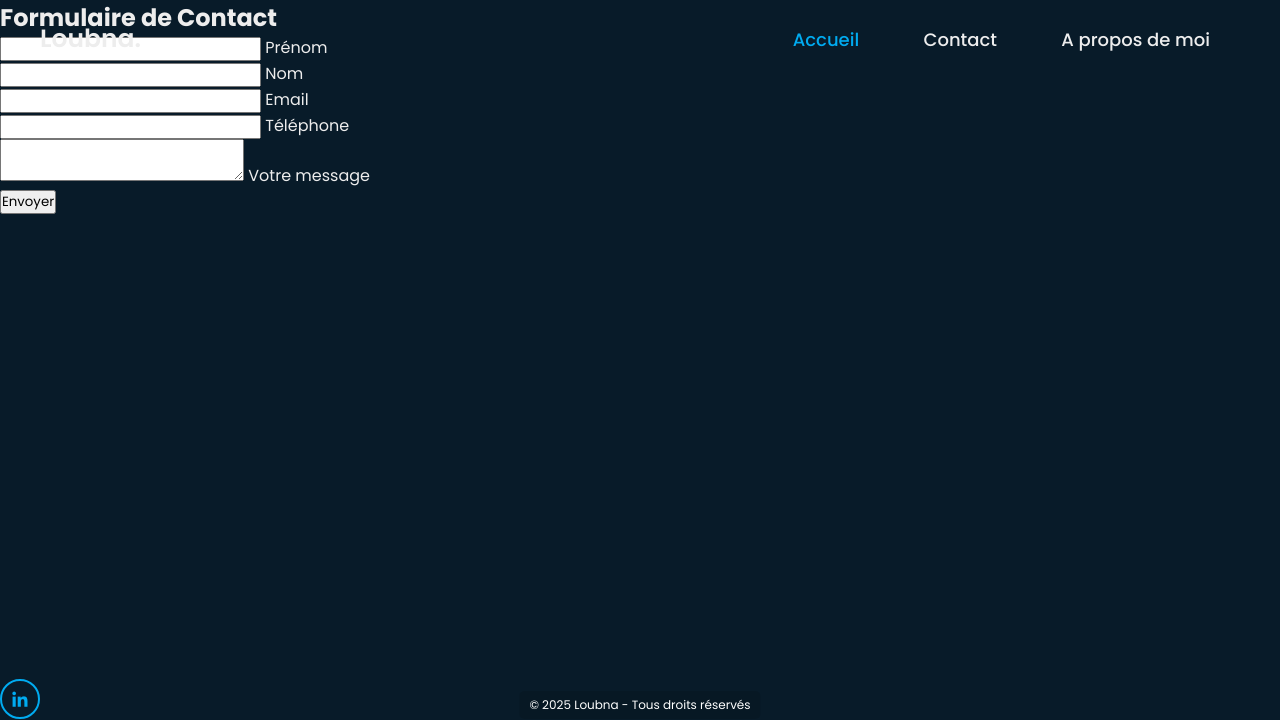
Repository: Loubna77290/Portfolio-de-Loubna
Page: contact.html
The author's editor kept a copy of each file at every save. The page is drawn from the files as they stood at one save, then again after the next save.
The browser window is 1280 px wide. The pictures show the whole page.

Above is the page before, as saved 2025-03-10 23:22:16.

### contact.html
<!DOCTYPE html>
<html lang="en">
<head>
    <meta charset="UTF-8">
    <meta name="viewport" content="width=device-width, initial-scale=1.0">
    <title>Fiche contact</title>
    <link rel="stylesheet" href="style.css">
    <link href='https://unpkg.com/boxicons@2.1.4/css/boxicons.min.css'rel='stylesheet'>
</head>
<body>

  <header class="header">
        <a href="#" class="logo">Loubna.</a>
         <nav class="navbar">
            <a href="/index.html"class="active">Accueil</a>
            <a href="/contact.html">Contact</a>
            <a href="about.html">A propos de moi</a>
        </nav>
    </header>



    <div class="container">
        <h2>Formulaire de Contact</h2>

        <form action="#" method="post">
            <div class="input-group">
                <input type="text" name="prenom" required>
                <label>Prénom</label>
            </div>
            <div class="input-group">
                <input type="text" name="nom" required>
                <label>Nom</label>
            </div>
            <div class="input-group">
                <input type="email" name="email" required>
                <label>Email</label>
            </div>
            <div class="input-group">
                <input type="tel" name="telephone" required>
                <label>Téléphone</label>
            </div>
            <div class="input-group">
                <textarea name="message" required></textarea>
                <label>Votre message</label>
            </div>
            <button type="submit">Envoyer</button>
        </form>
    </div>
    <div class="home-sci">
        <a href="https://www.linkedin.com/in/loubna-m-baaa031a6/"target="_blank"><i class='bx bxl-linkedin'></i></a>
     </div>
    </section>
</body>

    <footer>
        <p>&copy; 2025 Loubna - Tous droits réservés </p>
       </footer>
</html>

### style.css
@import url('https://fonts.googleapis.com/css2?family=Poppins:wght@300;400;500;600;700;800;900&display=swap');

* {
    margin: 0;
    padding: 0;
    box-sizing: border-box;
    font-family: 'Poppins', sans-serif;

}

body {
    background: #081b29;
    color: #ededed;

}

.header {
    position:fixed;
    top: 0;
    left:0;
    width: 100%;
    padding: 20px 10px;
    background: transparent;
    display: flex;
    justify-content: space-between;
    align-items: center;
    z-index: 100;
}


.logo {
    position: relative;
    margin-left: 30px;
    font-size: 25px;
    color: #ededed;
    text-decoration: none;
    font-weight: 600;

}

.logo::before {
    content: '';
    position: absolute;
    top: 0;
    right: 0;
    width: 100%;
    height: 100%;
    background: #081b29b6;
    animation: showRight 1s ease forwards;
    animation-delay: .4s;;
}

.navbar a {
    font-size: 18px;
    color: #ededed;
    text-decoration: none;
    font-weight: 500;
    margin-right: 60px;
    justify-content: flex-end;
    transition: .3s;

}

.navbar a:hover,
.navbar a.active {
    color: #00abf0;

}

.accueil {
    position: relative;
    height: 100vh;
    background: url(./IMG_7408.jpg) no-repeat center center;
    background-size: cover;
    display: flex;
    align-items: center;
    padding: 0 10%;

}

.accueil-contenu {
    background: transparent;
    max-width: 600px;


    }

.accueil-contenu h2 {
    font-size: 45px;
    font-weight: 700;
    line-height: 1.2;
    white-space: nowrap;
}

.accueil-contenu h2::before {
    content: '';
    position: absolute;
    top: 0;
    right: 0;
    width: 100%;
    height: 100%;
    background: #081b29;
    animation: showRight 1s ease forwards;
    animation-delay: 1s;
}

.accueil-contenu h3 {
    font-size: 30px;
    font-weight: 600;
    color: #0ff;

}

.accueil-contenu p {
    font-size: 16px;
    margin: 20px  0 40px;
    line-height: 1.2;
}

.accueil-contenu .btn-box {
    position: relative;
    display: flex;
    justify-content: space-between;
    width: 380px;
    height: 60px;

}

.accueil-contenu .btn-box::before {
    content: '';
    position: absolute;
    top: 0;
    right: 0;
    width: 100%;
    height: 100%;
    background: #081b294d;
    animation: showRight 1s ease forwards;
    animation-delay: 1.9s;
    z-index: 2;
}

.btn-box a {
    position: relative;
    display: inline-flex;
    justify-content: center;
    align-items: center;
    width: 150px;
    height: 110%;
    background: #00abf0;
    border: 2px solid #00abf0;
    border-radius: 8px;
    font-size: 19px;
    color: #081b29;
    text-align: center;
    text-decoration: none;
    font-weight: 600;
    letter-spacing: 1px;
    z-index: 1;
    overflow: hidden;
    transition: .5s;
}

.btn-box a:hover {
    color: #00abf0;

}

.btn-box a:nth-child(2) {
    background: transparent;
    color:#00abf0
}

.btn-box a:nth-child(2):hover {
    color:#081b29;
}


.btn-box a:nth-child(2)::before {
    background: #00abf0;
    }

.btn-box a::before {
    content: '';
    position: absolute;
    top: 0;
    left: 0;
    width: 0;
    height: 100%;
    background: #081b29;
    z-index: -1;
    transition: .5s;
}

.btn-box a:hover::before {
    width: 100%;
    }

.home-sci {
    position: absolute;
    bottom: 1px;
    width: 150px;
    display: flex;
    justify-content: space-between;
}

.home-sci::before {
    content: '';
    position: absolute;
    top: 0;
    right: 0;
    width: 100%;
    height: 100%;
    background: #081b29;
    animation: showRight 1s ease forwards;
    animation-delay: 2.5s;
    z-index: 2;
}

.home-sci a {
    position: relative;
    display: inline-flex;
    justify-content: center;
    align-items: center;
    width: 40px;
    height: 40px;
    background: transparent;
    border: 2px solid #00abf0;
    border-radius: 50%;
    font-size: 20px;
    text-decoration: none;
    z-index: 1;
    overflow: hidden;
    transition: .5s;
    color: #00abf0;
}

.home-sci a:hover {
    color: #081b29;

}
.home-sci a::before {
    content: '';
    position: absolute;
    top: 0;
    left: 0;
    width: 0;
    height: 100%;
    background:#00abf0;
    transition: .5s;
    z-index: -1;
}

.home-sci a:hover::before {
    width: 100%;
}

/* KEYFRAMES ANIMATION */
@keyframes showRight {
    100% {
        width: 0;
    }
}

.contact-background  {
    background: url('IMG_7400.jpg');
    height: 100vh;
    background-size: cover;
    display: flex;
}

.contact-contenu {
    display: flex;
    flex-direction: column;
    justify-content: flex-start;
    /* aligne le contenu en haut flex start  */
    align-items: center;
    text-align: center;
    margin-top: 80px;
    width: 100%;
}

/* footer page à propos de moi  */
footer {
    position: absolute;
    bottom: 1px;
    left: 50%;
    transform: translate(-50%);
    background: rgba(0, 0, 0, 0.116);
    color: white;
    padding: 5px 10px;
    font-size: 12px;
    border-radius: 5px;
    z-index: 10;
}

.about-background  {
    background: url('IMG_7400.jpg');
    height: 100vh;
    background-size: cover;
    display: flex;
}

/* contenu de la page à propos de moi  */
.about-content {
    display: flex;
    flex-direction: column;
    justify-content: baseline;
    margin-top: 40px;
    width: 100%;
}

.about-content h1 {
    font-weight: 900;
    color: #ededed;
   margin-left: 120px;
}

.about-content p {
    padding: 30px;
    color: #ffff;
    text-align: left;
}

.about-content h2 {
    font-weight: 900;
    color: #ededed;
   margin-left: 100px;
}

.about-background {
    display: flex;
    justify-content: space-between;
    align-items:flex-start;
    padding: 50px;
}
.about-content {
    width: 55%;
}

.about-skills {
    margin: 100px;
    width: 40%;
    background: rgba(255,255,255,0.1);
    padding: 20px;
    border-radius: 10px;

}

.about-skills h2 {
    color: #00abf0;
    margin-bottom: 10px;
}

.about-skills ul {
    list-style: none;
    padding: 0;

}

.about-skills li {
    font-size: 16px;
    margin-bottom: 25px;
 }

 .about-content {
    opacity: 0;
    animation: fadeIn 1s ease-in forwards;
    animation-delay: 1s;
 }

 .about-skills {
     opacity: 0;
     animation: fadeIn 1s ease-in forwards;
     animation-delay: 3s;
    }

    /* mise en place d'animation avec keyframe  */

    @keyframes fadeIn {
        from{
            opacity: 0;
            transform: translateY(20px);
        }
        to {
            opacity: 1;
            transform: translateY(0);
        }
    }


    /* style fiche contact css  */

After the next save:
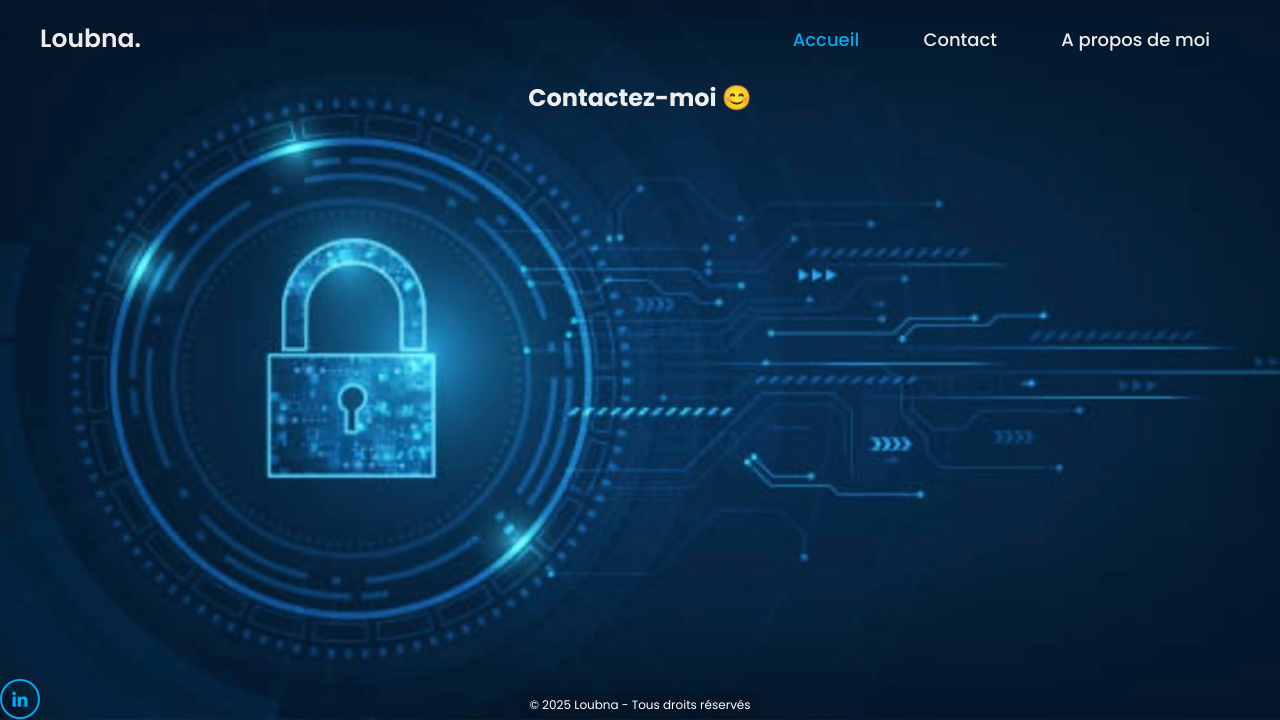
Saved 3 s later.
--- a/contact.html
+++ b/contact.html
@@ -18,39 +18,16 @@
         </nav>
     </header>
 
+    <section class="contact-background">
+        <div class="contact-contenu">
+        <h1>Contactez-moi &#128522;</h1>
 
+    </div>
+    </section>
 
-    <div class="container">
-        <h2>Formulaire de Contact</h2>
-
-        <form action="#" method="post">
-            <div class="input-group">
-                <input type="text" name="prenom" required>
-                <label>Prénom</label>
-            </div>
-            <div class="input-group">
-                <input type="text" name="nom" required>
-                <label>Nom</label>
-            </div>
-            <div class="input-group">
-                <input type="email" name="email" required>
-                <label>Email</label>
-            </div>
-            <div class="input-group">
-                <input type="tel" name="telephone" required>
-                <label>Téléphone</label>
-            </div>
-            <div class="input-group">
-                <textarea name="message" required></textarea>
-                <label>Votre message</label>
-            </div>
-            <button type="submit">Envoyer</button>
-        </form>
-    </div>
     <div class="home-sci">
         <a href="https://www.linkedin.com/in/loubna-m-baaa031a6/"target="_blank"><i class='bx bxl-linkedin'></i></a>
      </div>
-    </section>
 </body>
 
     <footer>
